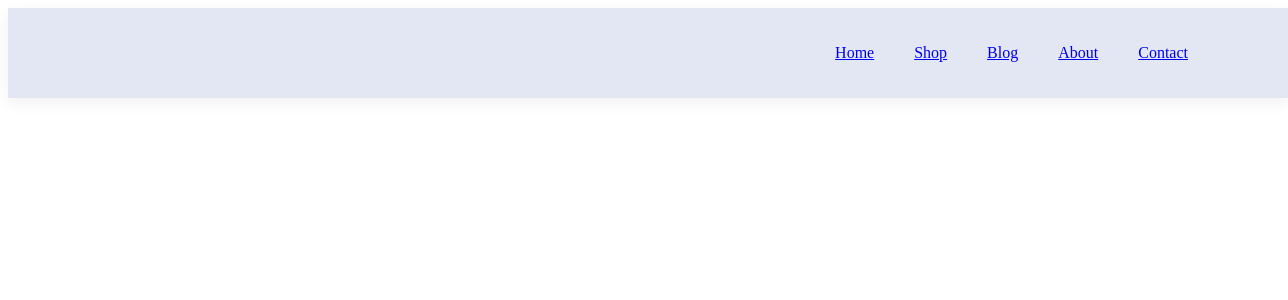
Repository: thecoachanna/lishas-layers
Page: index.html
An editor plug-in stored every save of this project. The page is shown before and after a run of saves, followed by the edit.
The browser window is 1280 px wide. The page is 1288 px wide, so the pictures cover 1288 px, including what lies to the right of the window. The pictures show the whole page.

Above is the page before, as saved 2023-01-02 17:10:20.

After the next 18 saves:
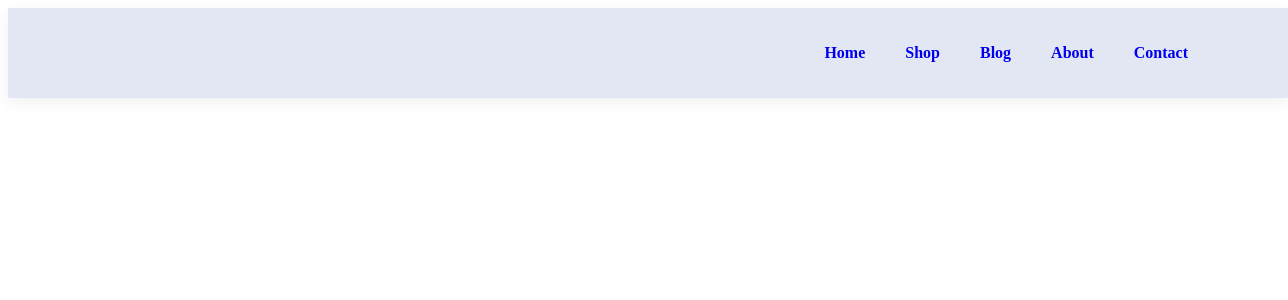
The 18 saves are shown as one change because they came seconds apart.
The last was saved 39 s later.
--- a/style.css
+++ b/style.css
@@ -66,3 +66,10 @@ body {
     list-style: none;
     padding: 0 20px;
 }
+
+#navbar li a {
+    text-decoration: none;
+    font-size: 16px;
+    font-weight: 600;
+    color: 1a1a1a
+}
